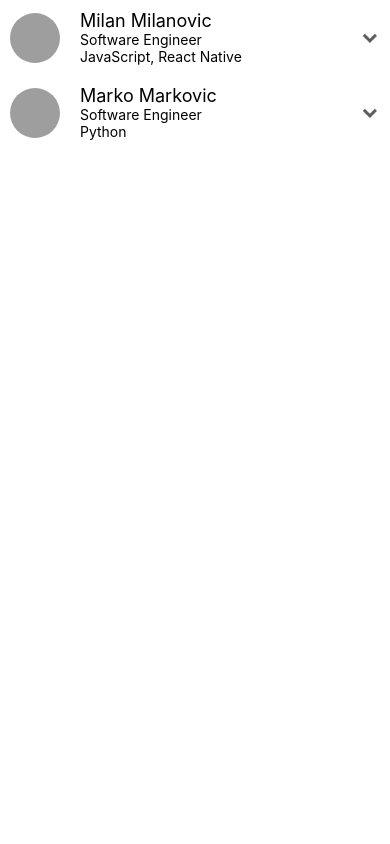
Repository: likanbl/intern-feature
Screen: /
An editor plug-in stored every save of this project. The screen is shown before and after a run of saves, followed by the edit.
Pictures or frames that could not be fetched are drawn as grey boxes. The app was drawn by React Native's web renderer in a window 390 px wide. The project was rebuilt for these pictures with package versions that can differ from the ones it lists, and the page was loaded fresh each time.

Above is the screen before, as saved 2019-09-13 15:00:38.

After the next 2 saves:
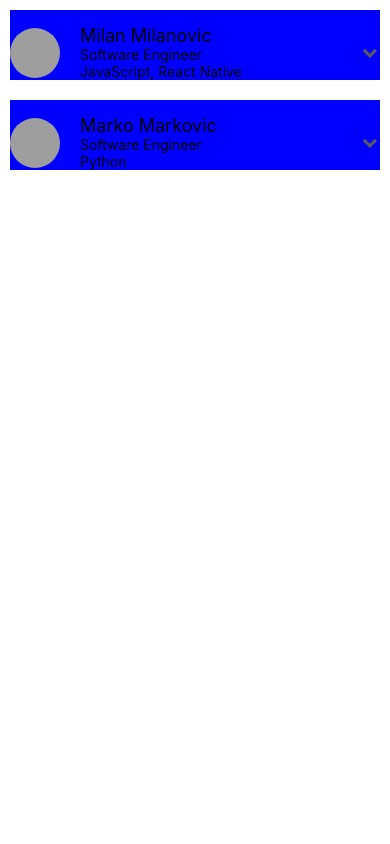
The 2 saves are shown as one change because 1 did not build or start.
The last was saved 2 min 40 s later.
--- a/src/components/home/HomeItem.js
+++ b/src/components/home/HomeItem.js
@@ -82,6 +82,8 @@ const styles = StyleSheet.create({
     flexDirection: 'column',
     margin: 10,
     elevation: 1,
+    paddingTop: 15,
+    backgroundColor: 'blue',
   },
   titleContainer: {
     flexDirection: 'row',
